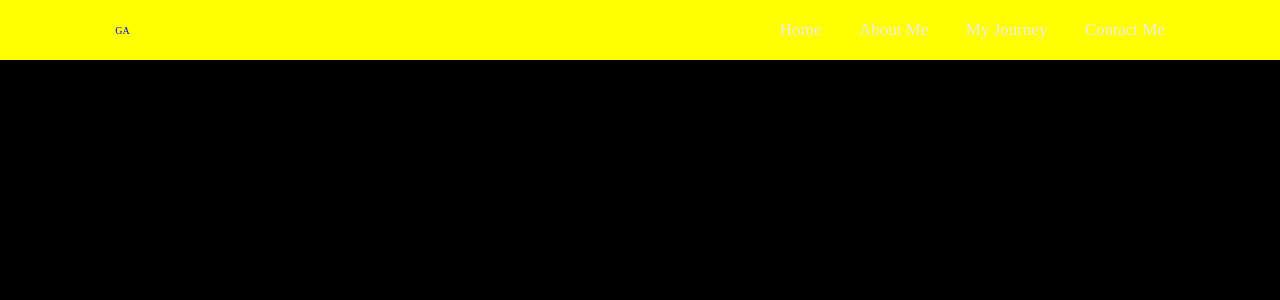
Repository: AyushMahatara/personal-website
Page: New folder/index.html
An editor plug-in stored every save of this project. The page is shown before and after the next save, followed by the edit.
The browser window is 1280 px wide. The pictures show the whole page.

Above is the page before, as saved 2023-08-09 23:57:39.

### New folder/index.html
<!DOCTYPE html>
<html lang="en">
  <head>
    <meta charset="UTF-8" />
    <meta name="viewport" content="width=device-width, initial-scale=1.0" />
    <link rel="stylesheet" href="/style.css" />
    <title>GA</title>
  </head>

  <style></style>
  <body>
    <header class="header">
      <a href="#" class="logo">GA</a>
      <nav class="navbar">
        <a href="#">Home</a>
        <a href="#">About Me</a>
        <a href="#">My Journey</a>
        <a href="#">Contact Me</a>
        <!-- <a href="#">Home</a> -->
      </nav>
      <!-- <div class="intro">
        <h1>Hi, I am Ayush Mahatara</h1>
        <h2>Full Stack Developer</h2>
      </div> -->
    </header>
    <!-- <div class="second">
      <h2>ABOUT ME</h2>
      <div class="profilePic">
        <img src="" alt="" />
      </div>
      <div class="aboutMe"></div>
    </div>

    <div class="third">
      <h2>MY JOURNEY</h2>
      <div class="experience"></div>
    </div>

    <div class="contactMe">
      <div>
        <form action="">
          <div>
            <label for="">Full Name:</label>
            <input type="text" />
          </div>
          <div>
            <label for="">Email:</label>
            <input type="email" required />
          </div>
          <div>
            <label for="">Message:</label>
            <input type="textarea" />
            <div>
              <button type="submit">Send</button>
            </div>
          </div>
        </form>
      </div>
    </div> -->

    <footer>
      <div>
        <div>
          <a href=""></a>
          <a href=""></a>
        </div>
      </div>
    </footer>
  </body>
</html>

### New folder/style.css
* {
  margin: 0;
  padding: 0;
  text-decoration: none;
  box-sizing: border-box;
  border: none;
  scroll-behavior: smooth;
}

:root {
  --bg-color: #000000;
  --second-bg-color: #112e42;
  --text-color: #ededed;
  --main-color: #00abf0;
}

html {
  font-size: 62.5%;
  overflow-x: hidden;
}

body {
  background: var(--bg-color);
  color: var(--text-color);
}

.header {
  position: fixed;
  top: 0;
  left: 0;
  width: 100%;
  padding: 2rem 9%;
  background: yellow;
  display: flex;
  justify-content: space-between;
  align-items: center;
  z-index: 100;
}

.logo {
}

.navbar a {
  font-size: 1.7rem;
  color: var(--text-color);
  font-weight: 500px;
  margin-left: 3.5rem;
}

.navbar a:hover,
.navbar a.active {
  color: var(--main-color);
}

After the next save:
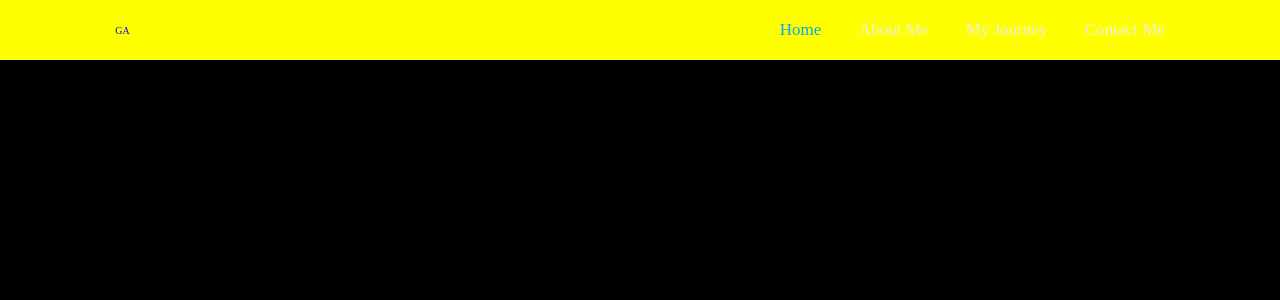
Saved 13 s later.
--- a/New folder/index.html
+++ b/New folder/index.html
@@ -12,7 +12,7 @@
     <header class="header">
       <a href="#" class="logo">GA</a>
       <nav class="navbar">
-        <a href="#">Home</a>
+        <a href="#" class="active">Home</a>
         <a href="#">About Me</a>
         <a href="#">My Journey</a>
         <a href="#">Contact Me</a>
